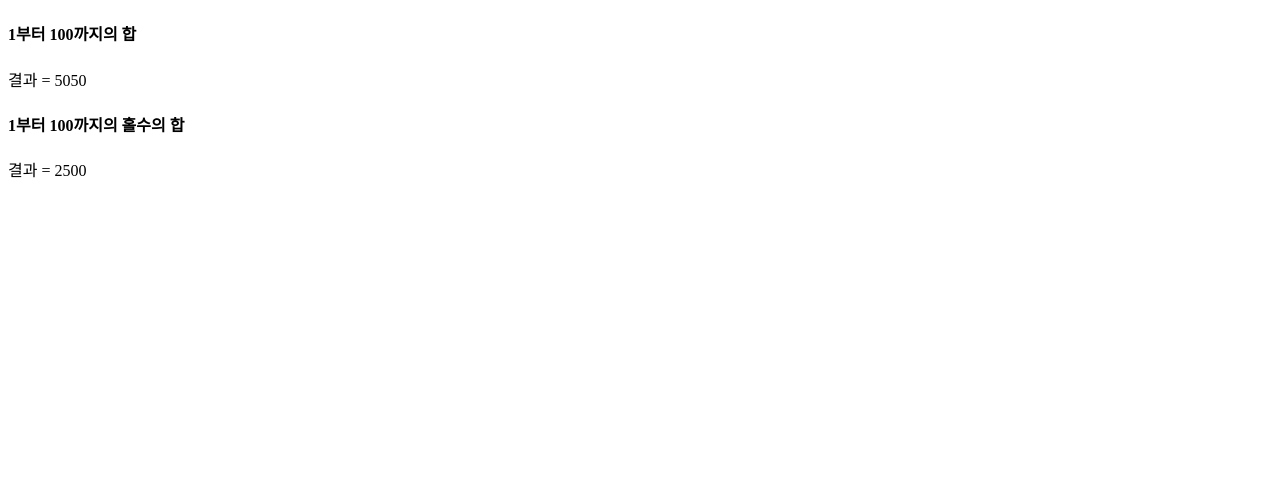
Repository: coolSummer1119/study
Page: http://localhost/ch03_Jsp/ch21_jstl/s05_forEach.jsp
These files come from the project's save history. The page is drawn as it stood at one moment and after the next save; the edit follows.
The browser window is 1280 px wide. The pictures show the whole page.
The page is served by Tomcat 9. Other server files are loaded and not shown.

Above is the page before, as saved 2024-05-07 03:24:56.

### workspace/ch03_Jsp/src/main/webapp/ch21_jstl/s05_forEach.jsp
<%@ page language="java" contentType="text/html; charset=UTF-8"
    pageEncoding="UTF-8"%>
<%@ taglib prefix="c" uri="http://java.sun.com/jsp/jstl/core" %>
<!DOCTYPE html>
<html>
<head>
<meta charset="UTF-8">
<title>forEach</title>
</head>
<body>
<h4>1부터 100까지의 합</h4>
<c:set var="sum" value="0"/>
<c:forEach var="i" begin="1" end="100" step="1">
	<c:set var = "sum" value="${sum + i}"/>
</c:forEach>
결과 = ${sum}
<h4>1부터 100까지의 홀수의 합</h4>
<c:set var="sum" value="0"/>
<c:forEach var="i" begin="1" end="100" step="2">
	<c:set var = "sum" value="${sum + i}"/>
</c:forEach>
결과 = ${sum}
</body>
</html>

After the next save:
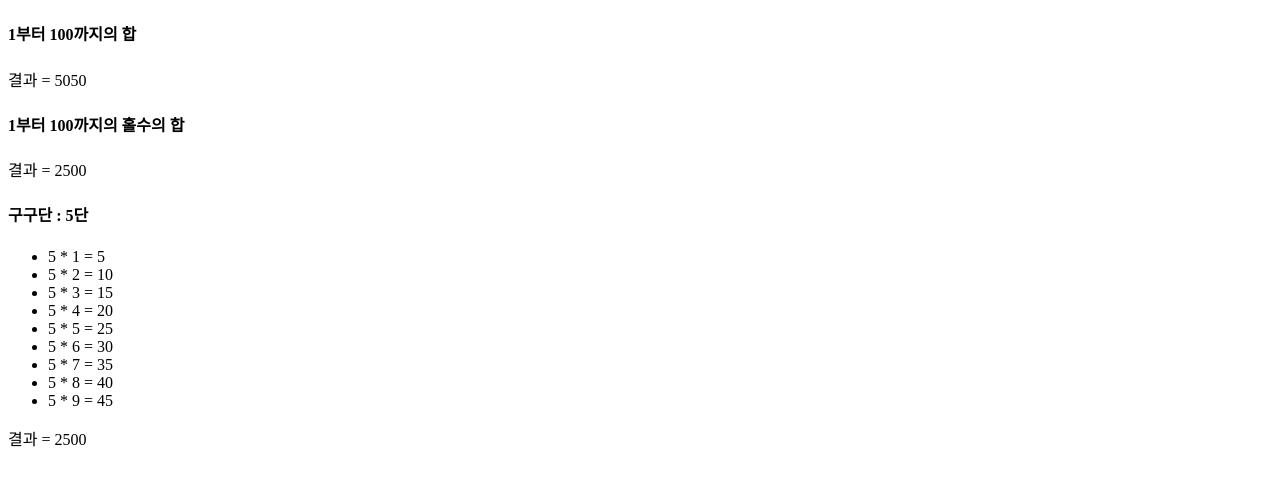
Saved 2 min 58 s later.
--- a/workspace/ch03_Jsp/src/main/webapp/ch21_jstl/s05_forEach.jsp
+++ b/workspace/ch03_Jsp/src/main/webapp/ch21_jstl/s05_forEach.jsp
@@ -20,5 +20,12 @@
 	<c:set var = "sum" value="${sum + i}"/>
 </c:forEach>
 결과 = ${sum}
+<h4>구구단 : 5단</h4>
+<ul>
+<c:forEach var="i" begin="1" end="9" step="1">
+	<li>5 * ${i} = ${5 * i}</li>
+</c:forEach>
+</ul>
+결과 = ${sum}
 </body>
 </html>
